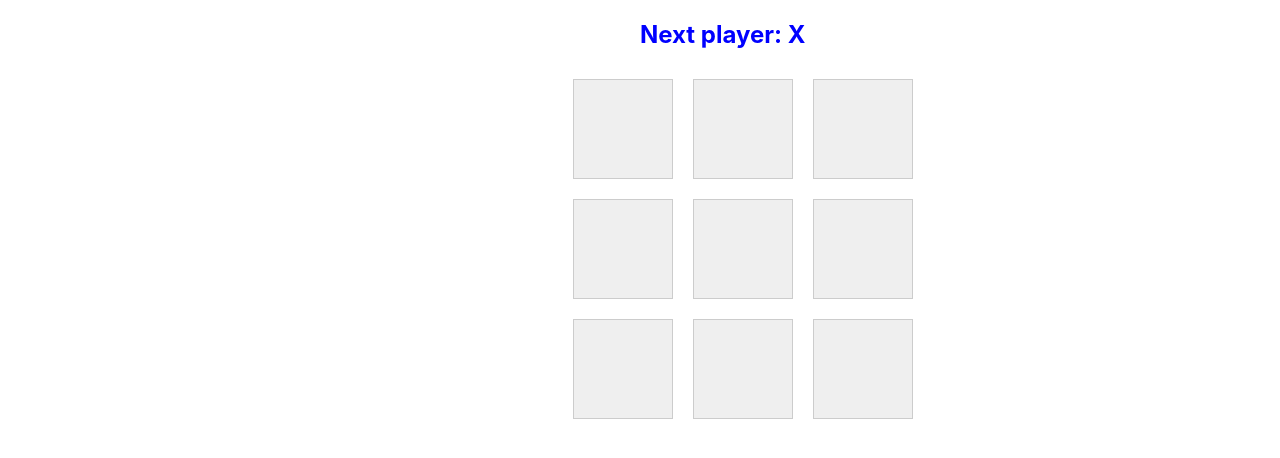
Repository: sedat-akdogan/React_Revision
Page: / (app in tic-tac-toe/)
The author's editor kept a copy of each file at every save. The page is drawn from the files as they stood at one save, then again after a run of saves.
The browser window is 1280 px wide. The pictures show the whole page.
The project was rebuilt for these pictures with package versions that can differ from the ones it lists, and the page was loaded fresh each time.

Above is the page before, as saved 2023-05-13 00:42:27.

After the next 2 saves:
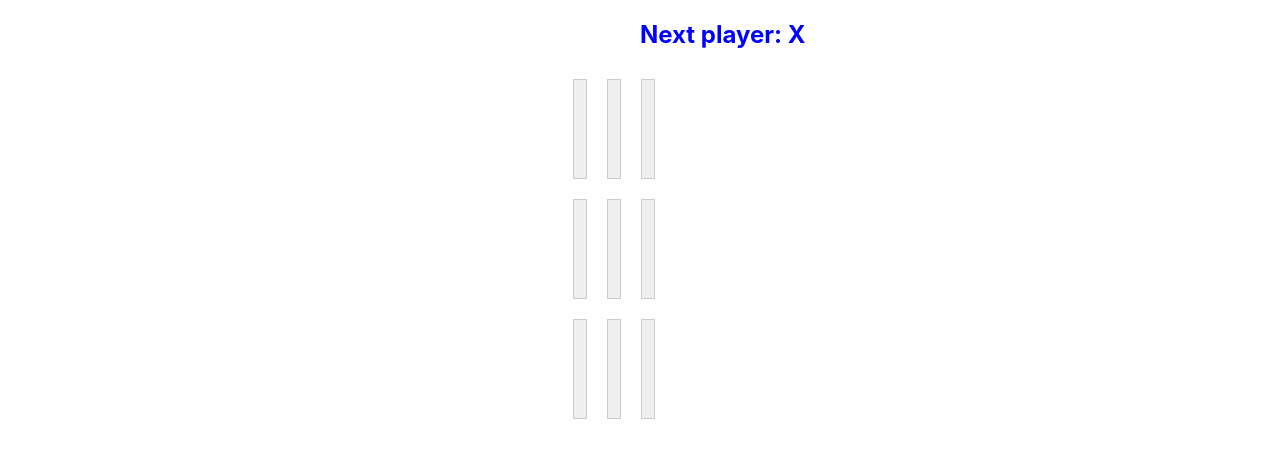
The 2 saves are shown as one change because they came seconds apart.
The last was saved 16 s later.
--- a/tic-tac-toe/src/index.css
+++ b/tic-tac-toe/src/index.css
@@ -24,6 +24,7 @@ code {
 
 .board-row {
     margin-left: 44%;
+    margin-right: 50%;
     display: flex;
 }
 
